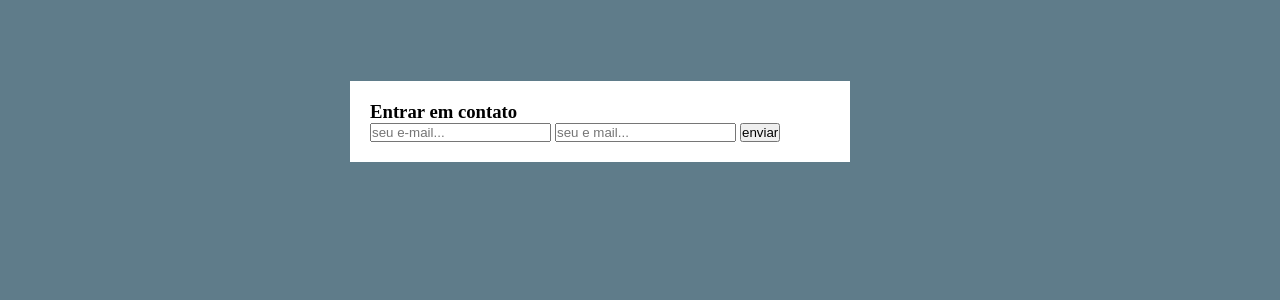
Repository: josceno/Sistema-para-controle-de-experimenta-o-animal
Page: index.html
An editor plug-in stored every save of this project. The page is shown before and after the next save, followed by the edit.
The browser window is 1280 px wide. The pictures show the whole page.

Above is the page before, as saved 2021-09-13 15:19:46.

### index.html
<html>
    <head>
        <title>Form Contato</title>

    </head>
    <style>
        *{margin:0; padding:0;box-sizing: border-box;}
        body
        {
            background-color: #5f7C8A;
        }
        form
        {
            background-color: white;
            max-width: 500px;
            width: 70%;
            padding:20px;
            position:absolute;
            left: "50%";
            top: "50%";

            transform: translate(70%,100%);
        }
    </style>

    <body>

        <form>
            <h3>Entrar em contato</h3>
            <input type="text" name ="email" placeholder= "seu e-mail..."/>
            <input type = "text" name = "email" placeholder=  "seu e mail..."/>
            <input type =  "submit"name = "acao" value = "enviar"/>
        </form>
    </body>
</html>

After the next save:
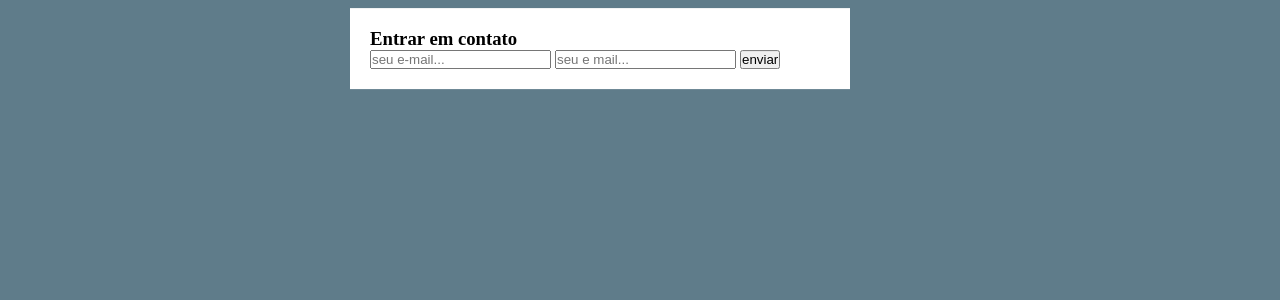
Saved 10 s later.
--- a/index.html
+++ b/index.html
@@ -19,7 +19,7 @@
             left: "50%";
             top: "50%";
 
-            transform: translate(70%,100%);
+            transform: translate(70%,10%);
         }
     </style>
 
